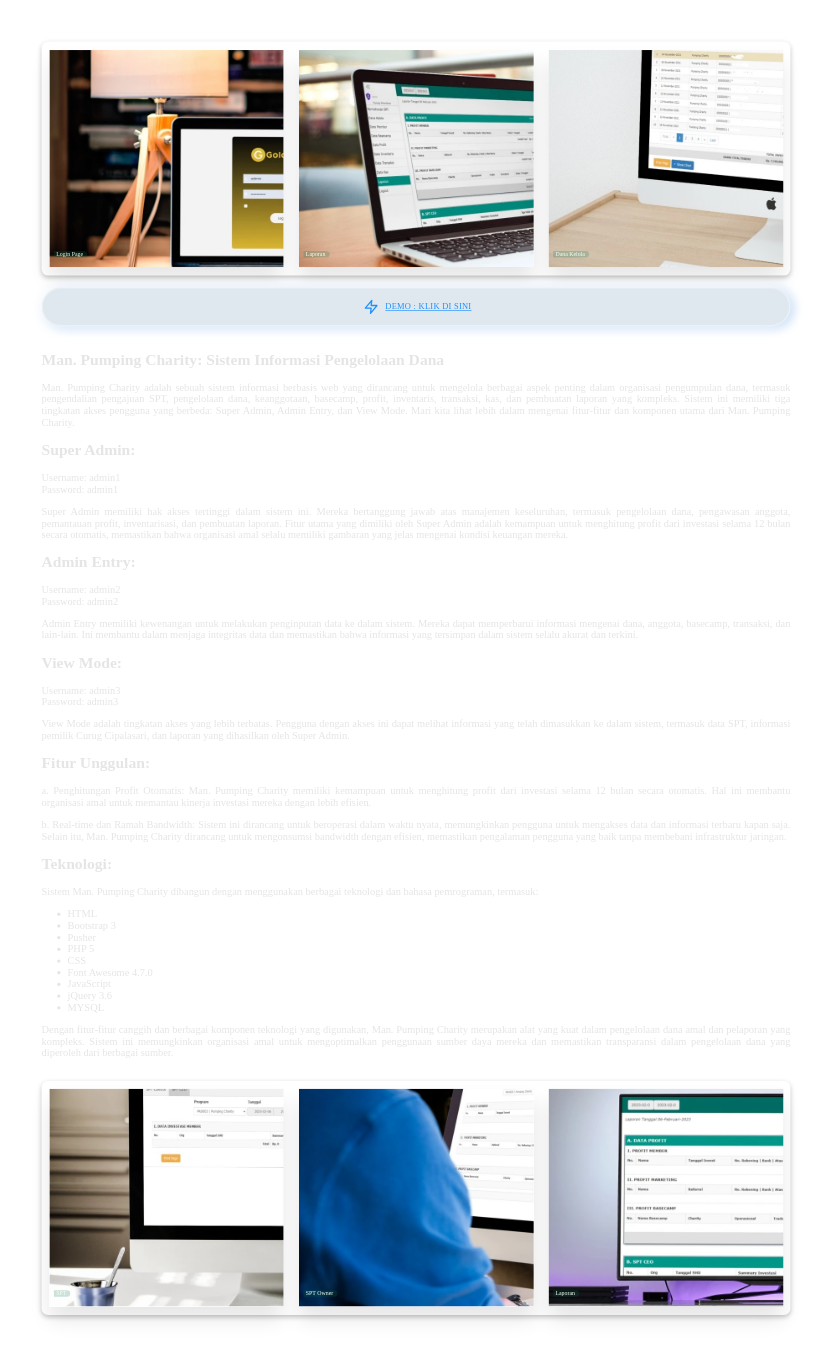
Repository: yusup-maulana/yusup-maulana.github.io
Page: portofolio-manpumping.html
An editor plug-in stored every save of this project. The page is shown before and after a run of saves, followed by the edit.
The browser window is 1280 px wide. The pictures show the whole page, at 65% of full size.
Some web fonts or font styles are not loaded; a fallback is used.

Above is the page before, as saved 2023-10-06 21:53:58.

After the next 2 saves:
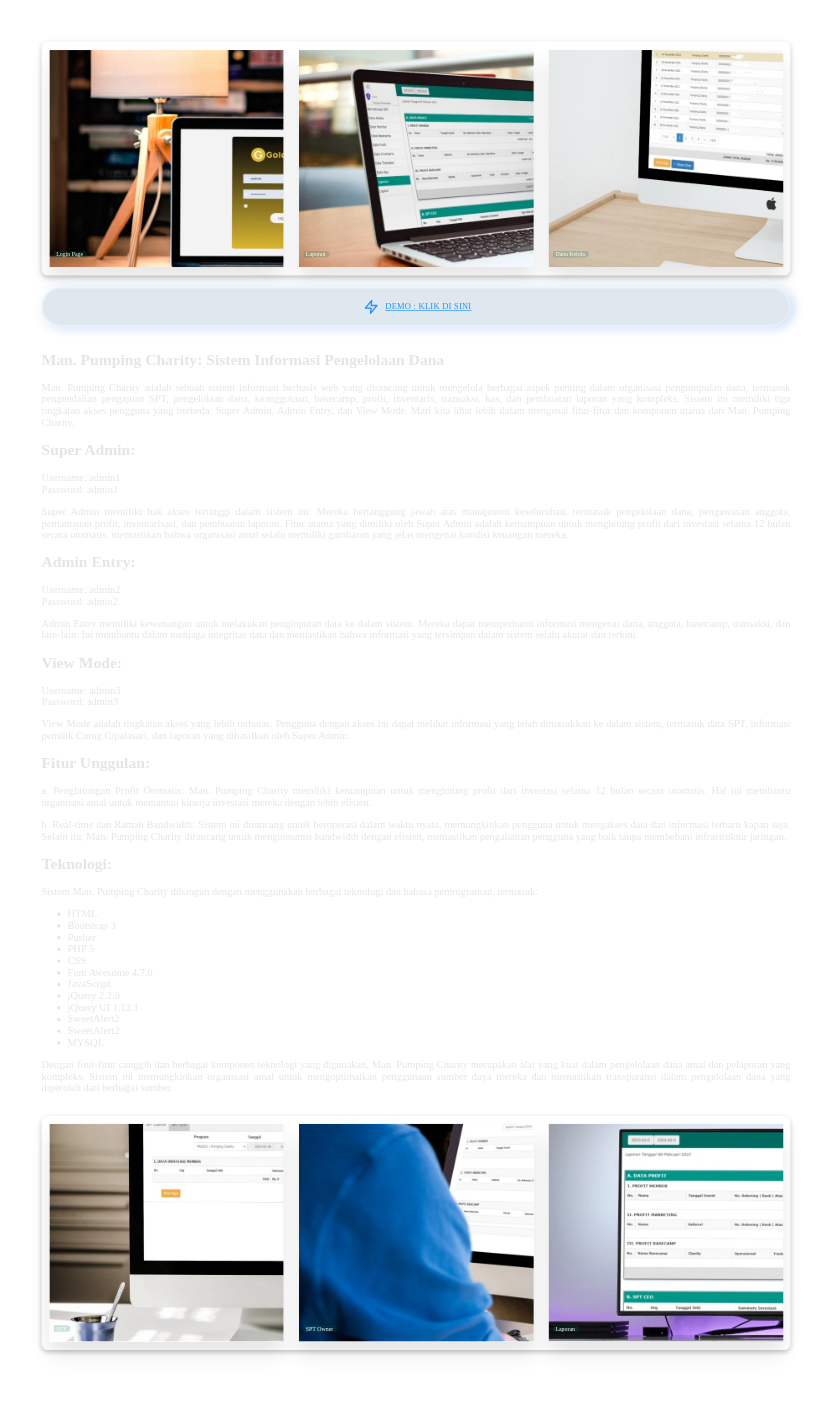
The 2 saves are shown as one change because they came seconds apart.
The last was saved 58 s later.
--- a/portofolio-manpumping.html
+++ b/portofolio-manpumping.html
@@ -237,7 +237,10 @@
     <li>CSS</li>
     <li>Font Awesome 4.7.0</li>
     <li>JavaScript</li>
-    <li>jQuery 3.6</li>
+    <li>jQuery 2.2.0</li>
+    <li>jQuery UI 1.12.1</li>
+    <li>SweetAlert2</li>
+    <li>SweetAlert2</li>
     <li>MYSQL</li>
   </ul>
 
